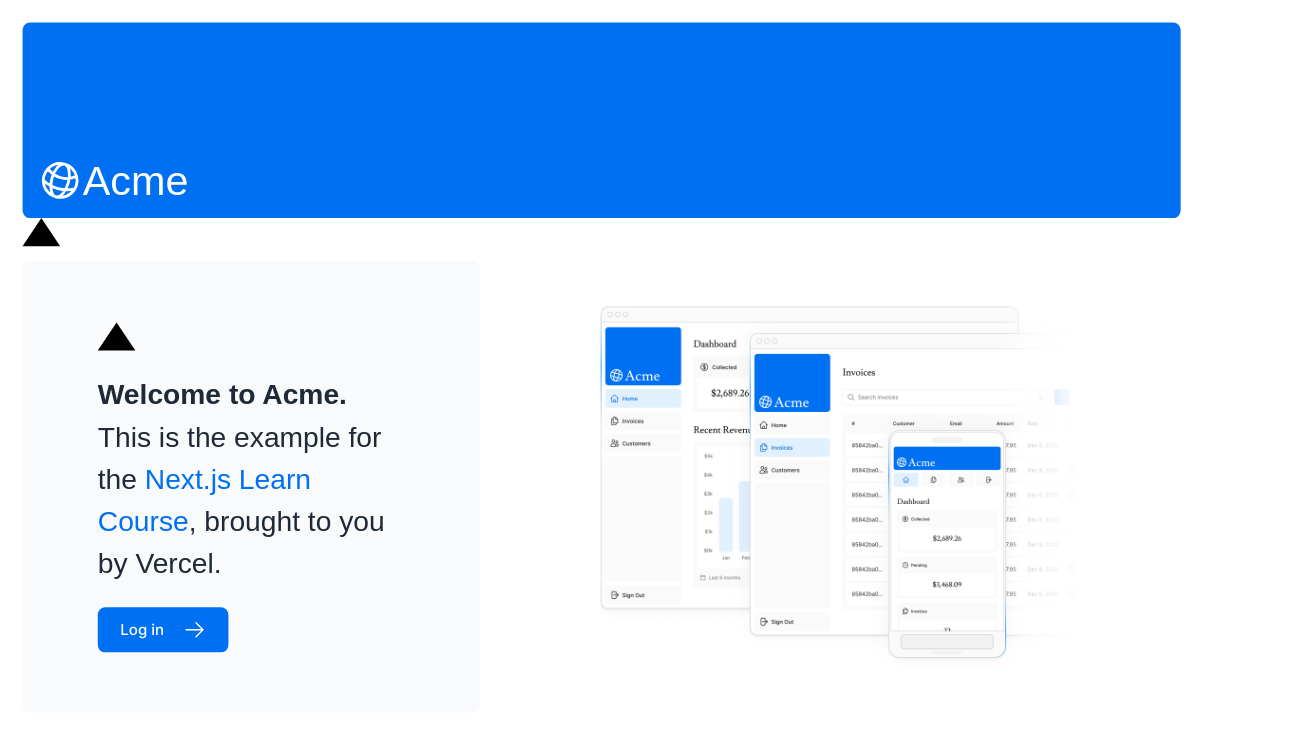
Repository: starsky886/nextjs-dashboard
Page: /
These files come from the project's save history. The page is drawn as it stood at one moment and after the next save; the edit follows.
The browser window is 1280 px wide. The page is 1280 px wide, then 1397 px, then 1280 px, so the pictures cover 1397 px, including what lies to the right of the window. The pictures show the whole page, at 94% of full size.
Some web fonts or font styles are not loaded; a fallback is used. The project was rebuilt for these pictures with package versions that can differ from the ones it lists, and the page was loaded fresh each time. The framework's server and built-in components were replaced by stand-ins that run in the browser. Also part of the build but not shown: next.config.js.

Above is the page before, as saved 2024-03-26 20:26:58.

After the next save:
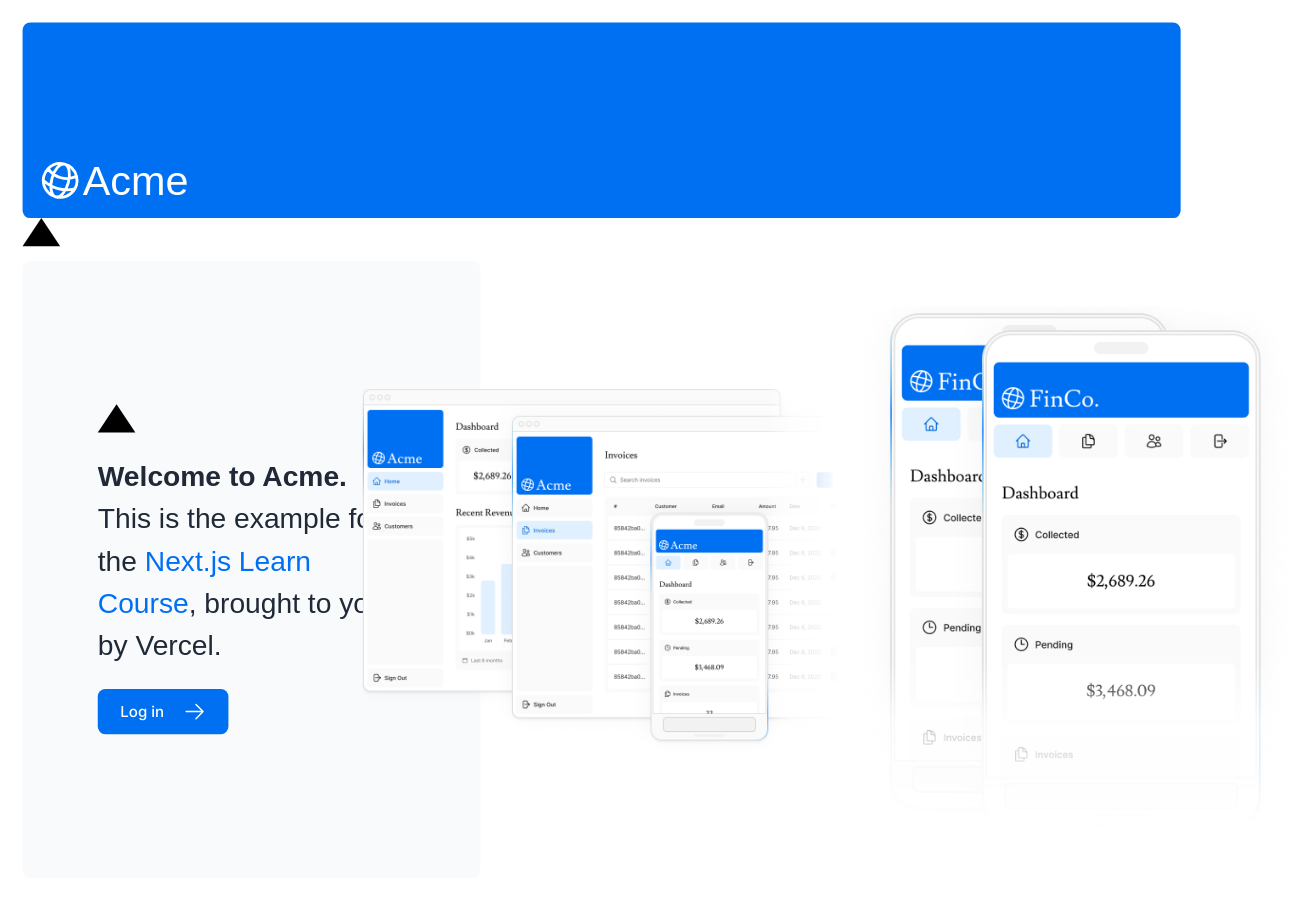
Saved 2 min 23 s later.
--- a/app/page.tsx
+++ b/app/page.tsx
@@ -40,6 +40,13 @@
           >
 
           </Image>
+          <Image
+          src="/hero-mobile.png"
+          width={560}
+          height={620}
+          className="hidden md:block"
+          alt="Screenshots of the dashboard project showing mobile version"
+          ></Image>
         </div>
       </div>
     </main>

After the save that followed:
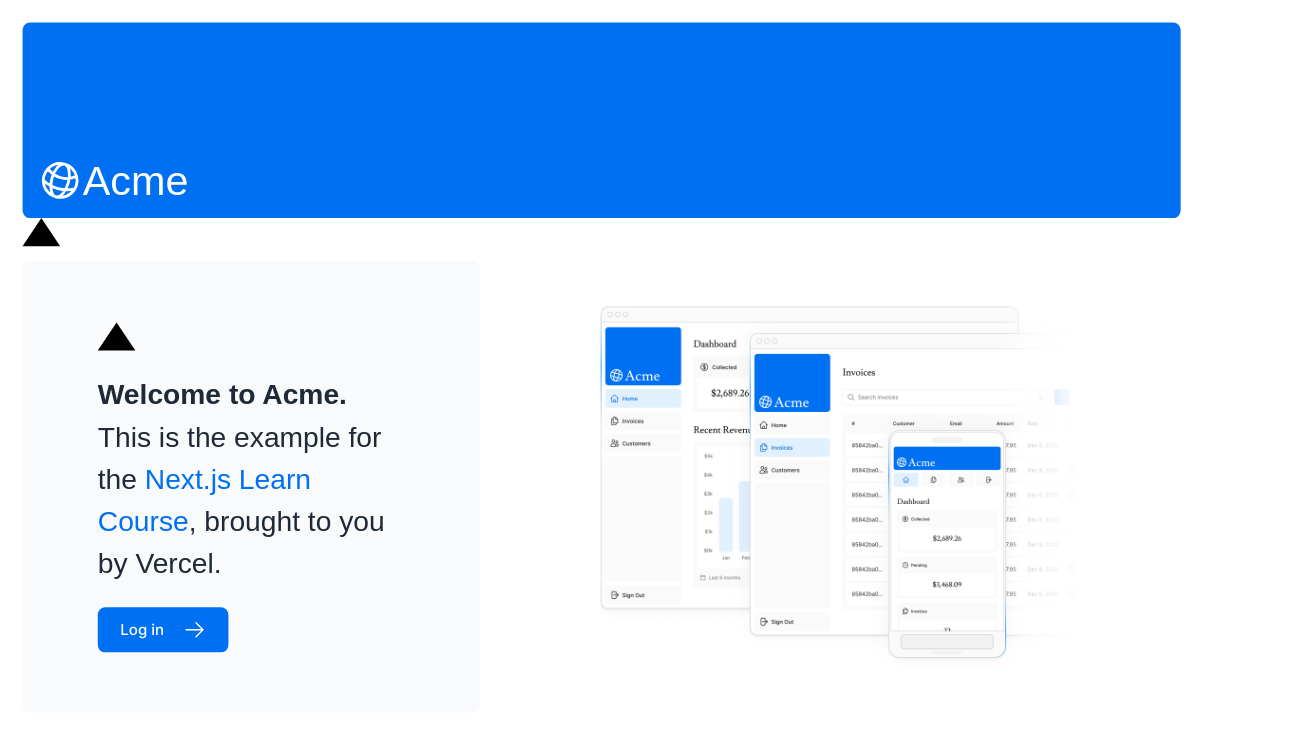
Saved 46 s later.
--- a/app/page.tsx
+++ b/app/page.tsx
@@ -44,7 +44,7 @@
           src="/hero-mobile.png"
           width={560}
           height={620}
-          className="hidden md:block"
+          className="block md:hidden"
           alt="Screenshots of the dashboard project showing mobile version"
           ></Image>
         </div>
